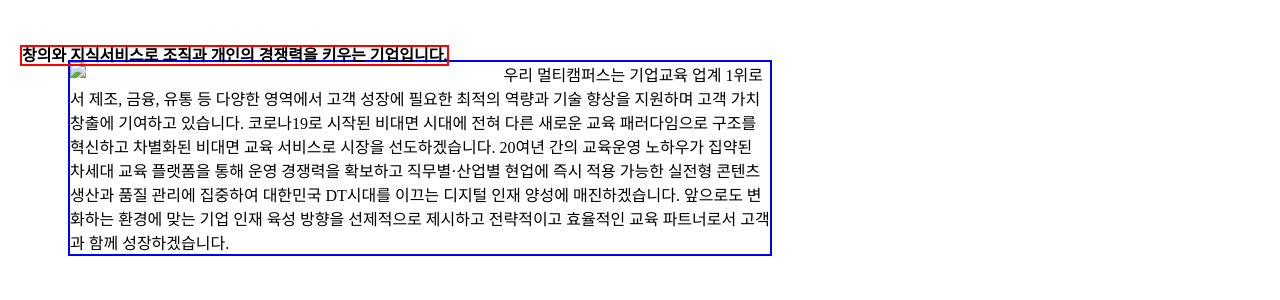
Repository: zmfhd1/Web
Page: boardtest/WebContent/relative.html
The author's editor kept a copy of each file at every save. The page is drawn from the files as they stood at one save, then again after the next save.
The browser window is 1280 px wide. The pictures show the whole page.

Above is the page before, as saved 2021-08-23 01:31:30.
Not found: boardtest/WebContent/htmltest/images/google.png

After the next save:
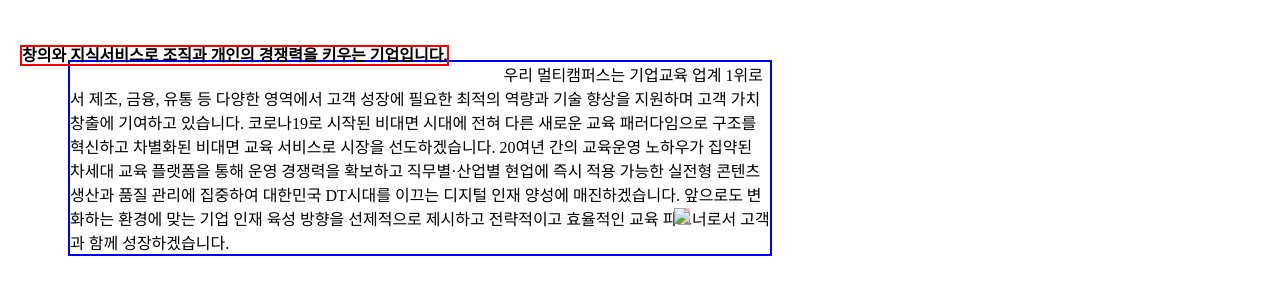
Saved 17 s later.
--- a/boardtest/WebContent/relative.html
+++ b/boardtest/WebContent/relative.html
@@ -22,6 +22,8 @@
   img{
   background-color: pink;
   position:absolute;
+  bottom: 30px;
+  right: 80px;
   }
   </style>
 
